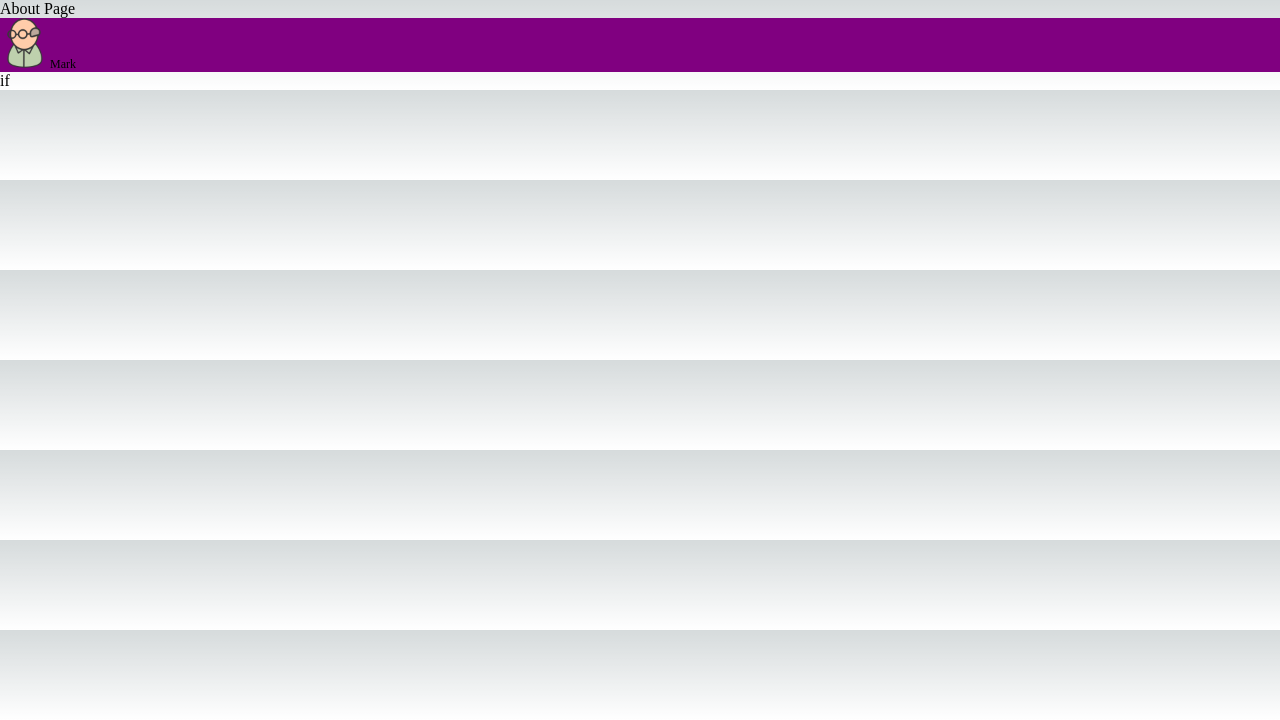
Repository: TeoEstrada9/Week-3-example
Page: /about
These files come from the project's save history. The page is drawn as it stood at one moment and after the next save; the edit follows.
The browser window is 1280 px wide. The pictures show the whole page.
The project was rebuilt for these pictures with package versions that can differ from the ones it lists, and the page was loaded fresh each time. The framework's server and built-in components were replaced by stand-ins that run in the browser. Also part of the build but not shown: next.config.js.

Above is the page before, as saved 2023-01-19 17:52:59.

After the next save:
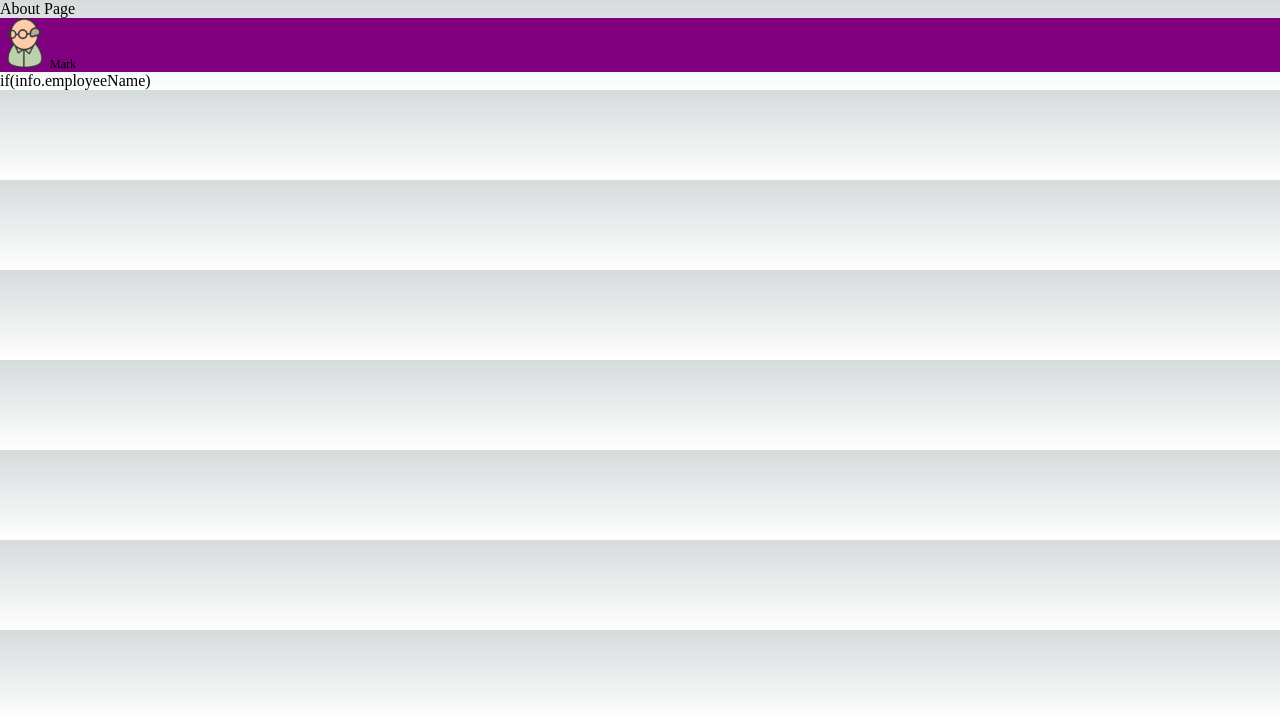
Saved 6 s later.
--- a/pages/about.js
+++ b/pages/about.js
@@ -15,7 +15,7 @@ export default function About() {
             )
 
           })}
-          if
+          if(info.employeeName)
         </>
     )
 
